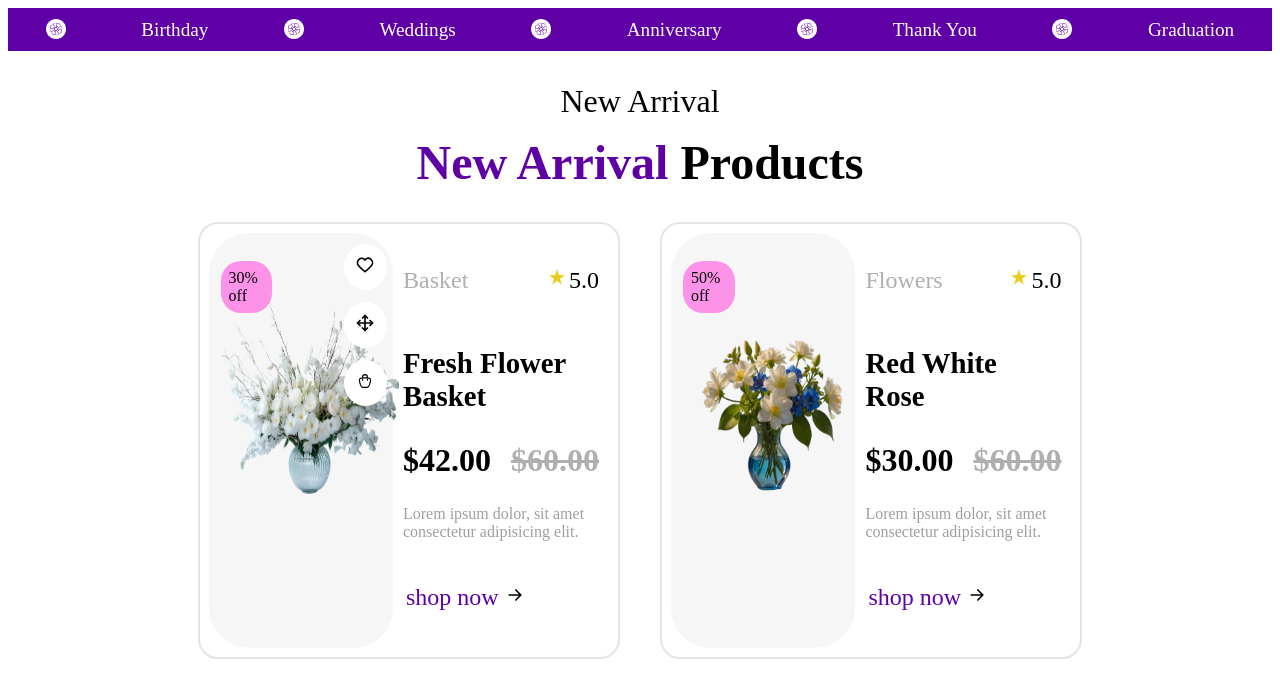
Repository: KolawoleTemilade/classroom-learning
Page: newarrival/index.html
An editor plug-in stored every save of this project. The page is shown before and after the next save, followed by the edit.
The browser window is 1280 px wide. The pictures show the whole page.

Above is the page before, as saved 2025-10-02 09:24:16.

### newarrival/index.html
<!DOCTYPE html>
<html lang="en">
  <head>
    <meta charset="UTF-8" />
    <meta name="viewport" content="width=h, initial-scale=1.0" />
    <title>new arrival</title>
    <link rel="stylesheet" href="style.css" />
  </head>
  <body>
    <div class="marq-sect">
      <div class="marque">
        <img
          src="../newarrival/images/icons/marqueflower.png"
          alt="flower-icon"
          width="20"
          height="20"
        />
        <span>birthday</span>
        <img
          src="../newarrival/images/icons/marqueflower.png"
          alt="flower-icon"
          width="20"
          height="20"
        />
        <span>weddings</span>
        <img
          src="../newarrival/images/icons/marqueflower.png"
          alt="flower-icon"
          width="20"
          height="20"
        />
        <span>anniversary</span>
        <img
          src="../newarrival/images/icons/marqueflower.png"
          alt="flower-icon"
          width="20"
          height="20"
        />
        <span>thank you</span>
        <img
          src="../newarrival/images/icons/marqueflower.png"
          alt="flower-icon"
          width="20"
          height="20"
        />
        <span>graduation</span>
      </div>
    </div>
    <section class="new-arrival-sect">
      <div class="new-arrival">
        <div class="new-arrival-title">
          <p class="title1">
            new arrival
            <span class="title2"
              >new arrival <span class="product-title">products</span></span
            >
          </p>
        </div>
        <section class="card-sec">
          <div class="new-arrival-product-card">
            <div class="product-card">
              <div class="img-sect">
                <img
                  src="./images/new-arrival/flower4.png"
                  alt="flower1"
                  width="200"
                  height="2 ,8>00"
                />
                <div class="absolute-container">
                  <p class="slash">30% off</p>
                  <div class="icons-sec">
                    <div class="icons">
                      <img
                        src="./images/icons/heart.svg"
                        alt="heart"
                        width="20"
                        height="20"
                      />
                    </div>
                    <div class="icons">
                      <img
                        src="./images/icons/crossedarrow.svg"
                        alt="arrow"
                        width="20"
                        height="20"
                      />
                    </div>
                    <div class="icons">
                      <img
                        src="./images/icons/shoppingbag.svg"
                        alt="shoppingbag"
                        width="20"
                        height="20"
                      />
                    </div>
                  </div>
                </div>
              </div>
              <div class="text-sect">
                <div class="basket-sec">
                  <p>basket</p>
                  <div class="rating-sec">
                    <img
                      src="./images/icons/ratings.svg"
                      alt="ratings"
                      width="20"
                      height="20"
                    />
                    <span>5.0</span>
                  </div>
                </div>
                <div class="fresh-flower-sec">
                  <h3>fresh flower basket</h3>
                  <h2>$42.00 <span class="slashed"> $60.00</span></h2>
                  <p>
                    Lorem ipsum dolor, sit amet consectetur adipisicing elit.
                  </p>
                  <div class="shop-btn">
                    <p>
                      shop now
                      <span
                        ><img
                          src="./images/icons/rightarrow.svg"
                          alt="right arrow"
                          width="20"
                          height="20"
                      /></span>
                    </p>
                  </div>
                </div>
              </div>
            </div>
          </div>
          <div class="new-arrival-product-card">
            <div class="product-card">
              <div class="img-sect">
                <img
                  src="./images/new-arrival/flower6.png"
                  alt="flower6"
                  width="200"
                  height="2 ,8>00"
                />
                <div class="absolute-container">
                  <p class="slash">50% off</p>
                  <div class="icons-sec2">
                    <div class="icons">
                      <img
                        src="./images/icons/heart.svg"
                        alt="heart"
                        width="20"
                        height="20"
                      />
                    </div>
                    <div class="icons">
                      <img
                        src="./images/icons/crossedarrow.svg"
                        alt="arrow"
                        width="20"
                        height="20"
                      />
                    </div>
                    <div class="icons">
                      <img
                        src="./images/icons/shoppingbag.svg"
                        alt="shoppingbag"
                        width="20"
                        height="20"
                      />
                    </div>
                  </div>
                </div>
              </div>
              <div class="text-sect">
                <div class="basket-sec">
                  <p>flowers</p>
                  <div class="rating-sec">
                    <img
                      src="./images/icons/ratings.svg"
                      alt="ratings"
                      width="20"
                      height="20"
                    />
                    <span>5.0</span>
                  </div>
                </div>
                <div class="fresh-flower-sec">
                  <h3>red white rose</h3>
                  <h2>$30.00 <span class="slashed"> $60.00</span></h2>
                  <p>
                    Lorem ipsum dolor, sit amet consectetur adipisicing elit.
                  </p>
                  <div class="shop-btn">
                    <p>
                      shop now
                      <span
                        ><img
                          src="./images/icons/rightarrow.svg"
                          alt="right arrow"
                          width="20"
                          height="20"
                      /></span>
                    </p>
                  </div>
                </div>
              </div>
            </div>
          </div>
        </section>
      </div>
    </section>
  </body>
</html>

### newarrival/style.css
.marq-sect {
  background-color: #5e00a6;
  height: 6vh;
  width: 100%;
  align-content: center;
}
.marque {
  display: flex;
  align-content: center;
  justify-content: space-around;
}
.marque > span {
  text-transform: capitalize;
  color: white;
  font-size: 1.2rem;
}

.new-arrival-sect > .new-arrival {
  display: flex;
  flex-direction: column;
  align-items: center;
  justify-content: center;
  /* width: 100%; */
}
.title1 {
  font-size: 2rem;
  display: flex;
  flex-direction: column;
  align-items: center;
  justify-content: center;
  gap: 15px;
  text-transform: capitalize;
}
.title2 {
  font-size: 3rem;
  color: #5e00a6;
  font-weight: 700;
}
.product-title {
  color: black;
  font-size: 3rem;
  font-weight: 700;
}
.card-sec {
  display: flex;
  gap:40px;
  width: 70%;
}
.new-arrival-product-card {
  border: 2px solid rgb(230, 227, 227);
  padding: 9px;
  border-radius: 20px;
  background-color: #ffffff;
  width: 100%;
}

.product-card {
  display: flex;
  background-color: #ffffff;
  width: 100%;

}
.img-sect {
  position: relative;
  border: 3px solid transparent;
  border-radius: 40px;
  background-color: #f6f6f6;
  width: 100%;
  padding: 9px;
}
.img-sect > img {
  position: absolute;
  top: 15%;
  width: 100%;
  height: 30vh;
}
.absolute-container > p {
  padding: 8px;
  width: 20%;
  border-radius: 20px;
}
.slash {
  position: absolute;
  /* top: 1%; */
  background: #fd93e8;
}

.icons-sec {
  position: absolute;
  top: 2%;
  right: 2%;
  display: flex;
  flex-direction: column;
  gap: 12px;
}
.icons {
  padding: 10px;
  width: 50%;
  border: 1px solid transparent;
  border-radius: 50%;
  background-color: white;
}
.text-sect {
  width: 100%;
  padding: 10px;
}
.basket-sec {
  display: flex;
  justify-content: space-between;
  align-items: center;
}
.basket-sec > p {
  text-transform: capitalize;
  color: #afafaf;
  font-size: 1.5rem;
}
.rating-sec {
  display: flex;
  gap: 2px;
  font-size: 1.5rem;
}
.fresh-flower-sec > h3 {
  font-size: 1.8rem;
  text-transform: capitalize;
  font-weight: 600;
}
.fresh-flower-sec > h2 {
  font-size: 2rem;
  display: flex;
  gap: 20px;
}
.slashed {
  color: #afafaf;
  text-decoration: line-through;
}
.fresh-flower-sec > p {
  font-size: 1.rem;
  color: #9f9f9f;
}
.shop-btn {
  color: #5e00a6;
  display: flex;
  align-items: center;
  padding: 3px;
  font-size: 1.5rem;
}
.icons-sec2 {
    display: none;
}

After the next save:
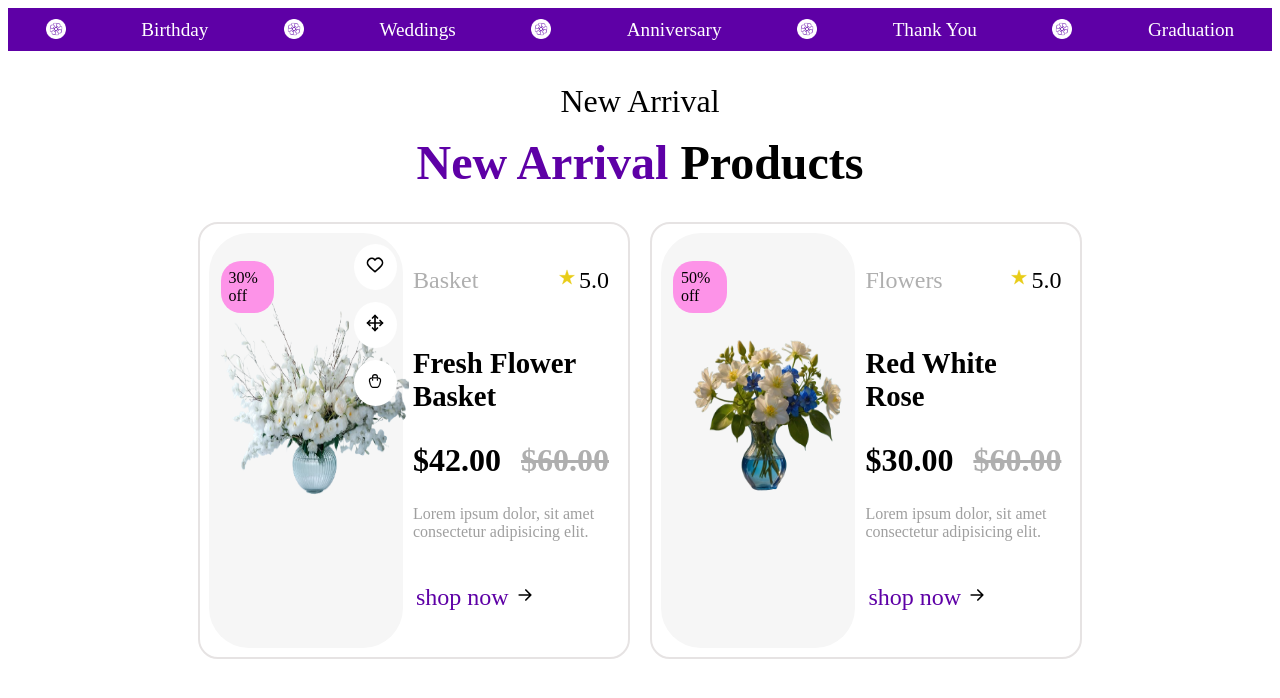
Saved 33 s later.
--- a/newarrival/style.css
+++ b/newarrival/style.css
@@ -43,7 +43,7 @@
 }
 .card-sec {
   display: flex;
-  gap:40px;
+  gap:20px;
   width: 70%;
 }
 .new-arrival-product-card {
